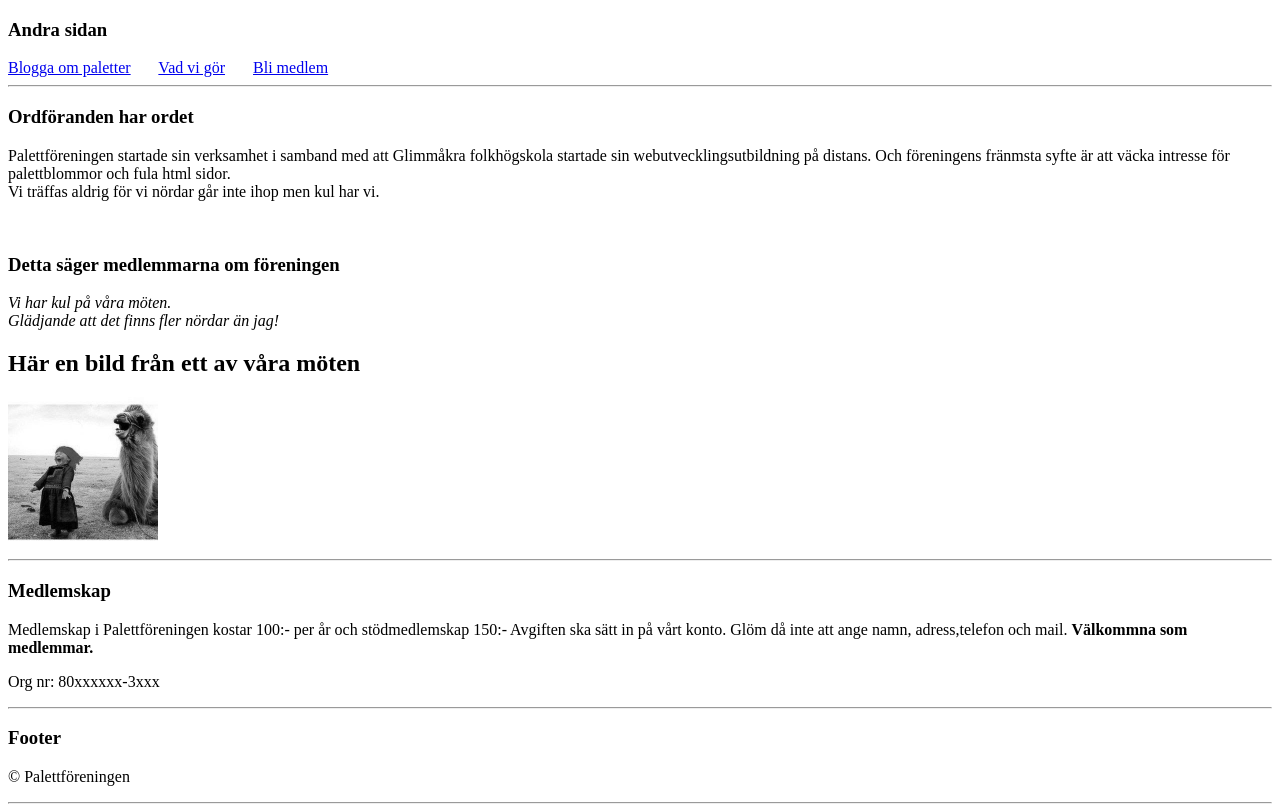
Repository: Webutveckling-20-21/Uppgift-1
Page: verksamheten.html
An editor plug-in stored every save of this project. The page is shown before and after the next save, followed by the edit.
The browser window is 1280 px wide. The pictures show the whole page.

Above is the page before, as saved 2021-09-07 12:20:11.

### verksamheten.html
<!-- Här alla måsten i huvudet såsom språk och språkkodning mm -->
<!DOCTYPE html>
<html lang="sv">


<head>
    <meta charset="UTF-8">
    <meta name="viewport" content="width=device-width, initial-scale=1.0">
    <title>verksamheten</title>
</head>

<body>
    <header>
        <h3>Andra sidan</h3>
        <!-- Här läggs alla länkar-->
        <a href="blogg.html">Blogga om paletter</a>&nbsp;&nbsp;&nbsp;&nbsp;&nbsp;&nbsp;
        <a href="verksamheten.html">Vad vi gör</a>&nbsp;&nbsp;&nbsp;&nbsp;&nbsp;&nbsp;
        <a href="medlemskap.html">Bli medlem</a>
    </header>
    <hr>
    <main>
        <article>

            <h3>Ordföranden har ordet</h3>
            <p> Palettföreningen startade sin verksamhet i samband med att Glimmåkra folkhögskola startade sin
                webutvecklingsutbildning på distans. Och föreningens fränmsta syfte är att väcka intresse för
                palettblommor och fula html sidor. <br> <b></b>  Vi träffas aldrig för vi nördar går inte ihop men kul har vi. </p> <br>

            <article>

                <article>

                    <h3>Detta säger medlemmarna om föreningen</h3>

                    <cite>Vi har kul på våra möten.</cite><br>
                    <cite>Glädjande att det finns fler nördar än jag!</cite><br>

                    <h2>Här en bild från ett av våra möten</h2>

                      <img src="images/ordförande pa excursion.jpg" width="150" height="150" alt="Ordförande berättar.">

                     </article>


    </main>
    <hr>
    <aside>
        <h3>Medlemskap</h3>
        <p>Medlemskap i Palettföreningen kostar 100:- per år och stödmedlemskap 150:-
            Avgiften ska sätt in på vårt konto. Glöm då inte att ange namn, adress,telefon och mail.
            <b>Välkommna som medlemmar.</b>
        </p>


        <p>Org nr: 80xxxxxx-3xxx</p>





    </aside>
    <hr>
    <footer>

        <h3>Footer</h3>
        <p> &copy; Palettföreningen</p>
    </footer>
    <hr>


</body>

</html>

After the next save:
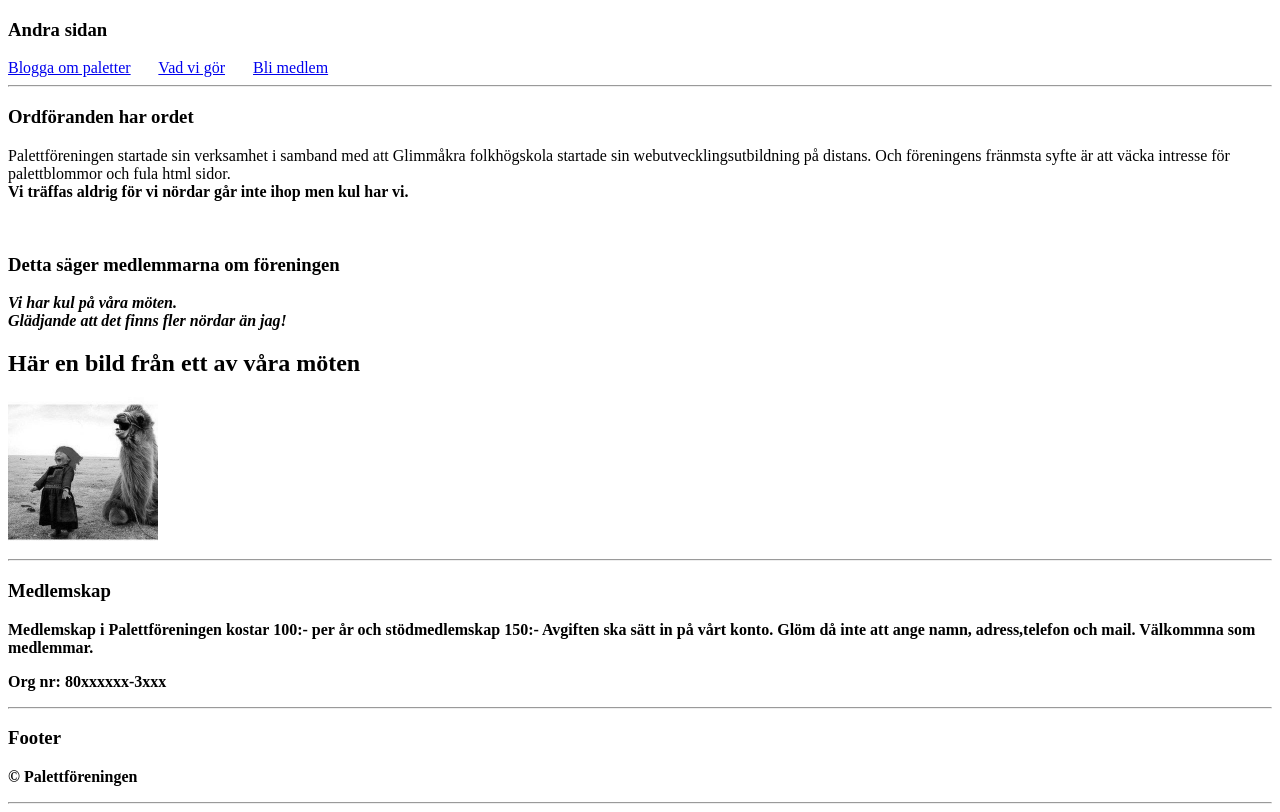
Saved 5 s later.
--- a/verksamheten.html
+++ b/verksamheten.html
@@ -24,7 +24,7 @@
             <h3>Ordföranden har ordet</h3>
             <p> Palettföreningen startade sin verksamhet i samband med att Glimmåkra folkhögskola startade sin
                 webutvecklingsutbildning på distans. Och föreningens fränmsta syfte är att väcka intresse för
-                palettblommor och fula html sidor. <br> <b></b>  Vi träffas aldrig för vi nördar går inte ihop men kul har vi. </p> <br>
+                palettblommor och fula html sidor. <br> <b>  Vi träffas aldrig för vi nördar går inte ihop men kul har vi. </p> <br>
 
             <article>
 
